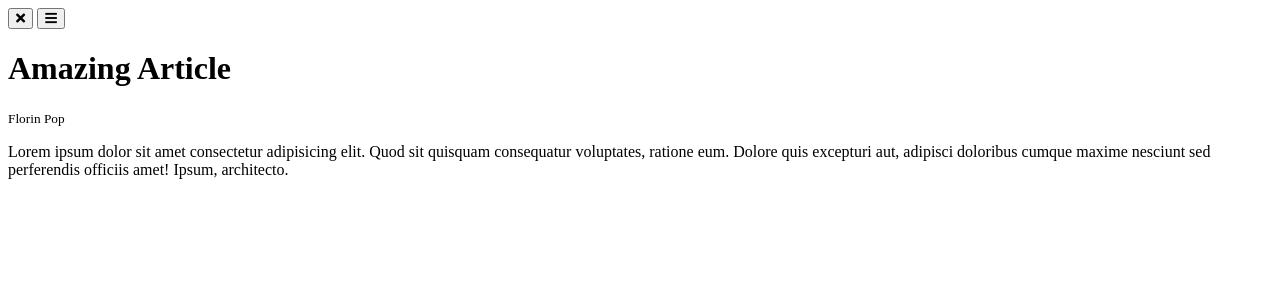
Repository: BrandonTuan777/Javascript-Basic-Projects
Page: Content & Circle Styling/index.html
The author's editor kept a copy of each file at every save. The page is drawn from the files as they stood at one save, then again after a run of saves.
The browser window is 1280 px wide. The pictures show the whole page.

Above is the page before, as saved 2021-09-09 19:46:03.

After the next 5 saves:
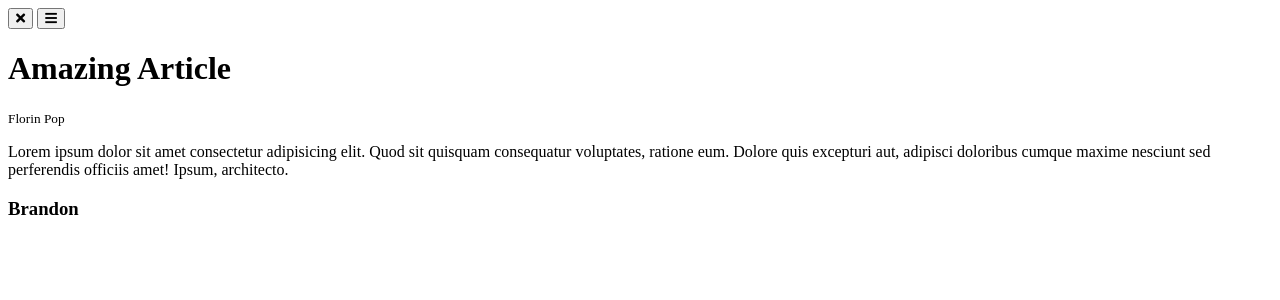
The 5 saves are shown as one change because they came seconds apart.
The last was saved 22 s later.
--- a/Content & Circle Styling/index.html
+++ b/Content & Circle Styling/index.html
@@ -36,6 +36,7 @@
           aut, adipisci doloribus cumque maxime nesciunt sed perferendis
           officiis amet! Ipsum, architecto.
         </p>
+        <h3>Brandon</h3>
 
       </div>
     </div>
